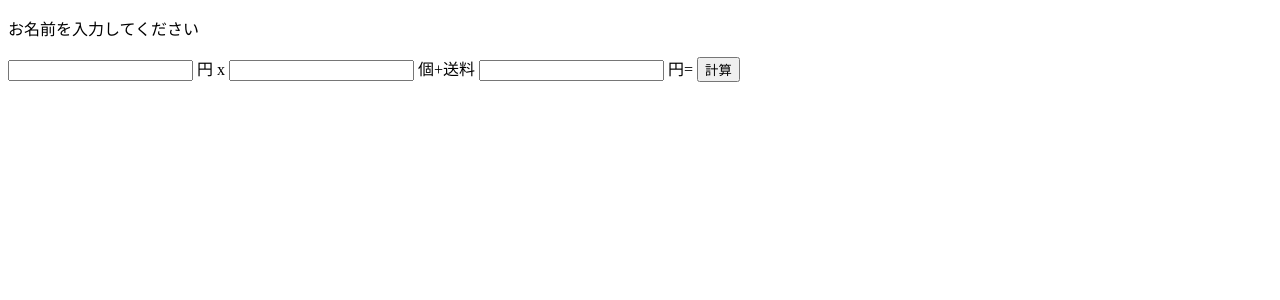
Repository: Zz313s/backup
Page: http://localhost/HelloJSP/
The author's editor kept a copy of each file at every save. The page is drawn from the files as they stood at one save, then again after the next save.
The browser window is 1280 px wide. The pictures show the whole page.
The page is served by Tomcat 9.

Above is the page before, as saved 2017-11-17 12:23:38.

### saba/HelloJSP/WebContent/index.jsp
<%@ page language="java" contentType="text/html; charset=UTF-8" pageEncoding="UTF-8"%>
<!DOCTYPE html>
<html>
<head>
<meta charset="UTF-8">
<title>TEST</title>
</head>
<body>
<p>お名前を入力してください</p>
<form method="post" action="total-out.jsp">
<input type="text" name="price">
円 x
<input type="text" name="count">
個+送料
<input type="text" name="deliver">
円=
<input type="submit" value="計算">
</form>
</body>
</html>

After the next save:
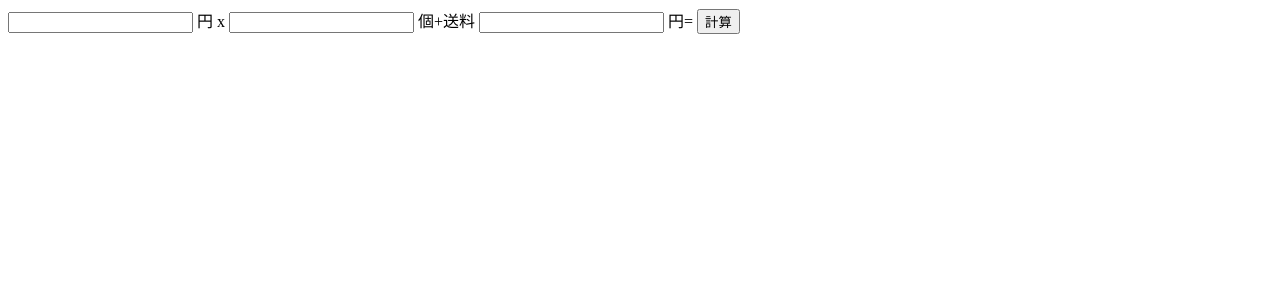
Saved 100 s later.
--- a/saba/HelloJSP/WebContent/index.jsp
+++ b/saba/HelloJSP/WebContent/index.jsp
@@ -6,7 +6,6 @@
 <title>TEST</title>
 </head>
 <body>
-<p>お名前を入力してください</p>
 <form method="post" action="total-out.jsp">
 <input type="text" name="price">
 円 x
